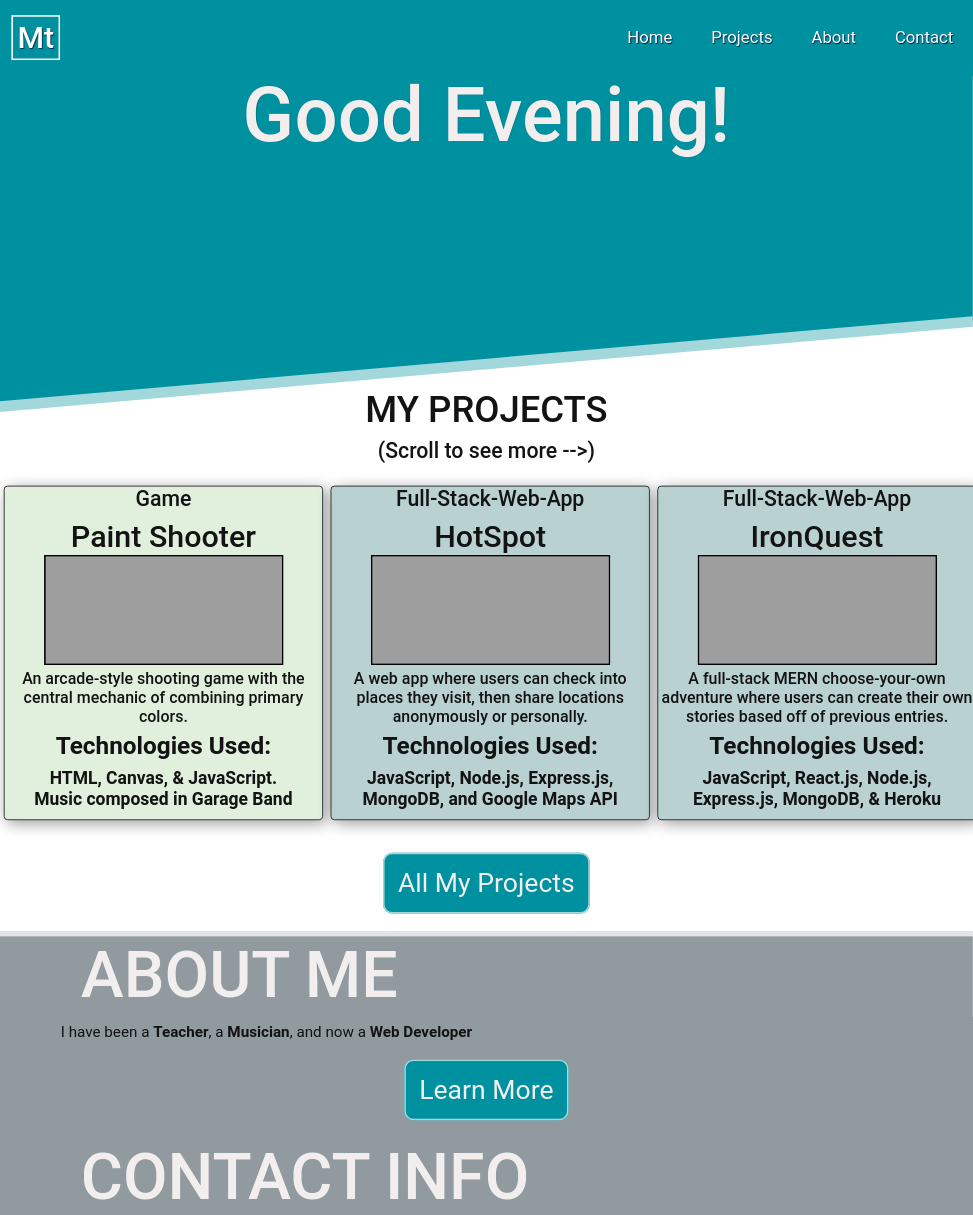
Repository: MikeTroianello/troianello
Page: /
An editor plug-in stored every save of this project. The page is shown before and after the next save, followed by the edit.
The browser window is 1280 px wide. The pictures show the part of the page from y = 0 to 1599 px (the page is 1988 px tall before and 1959 px after), at 76% of full size.
Pictures or frames that could not be fetched are drawn as grey boxes. The project was rebuilt for these pictures with package versions that can differ from the ones it lists, and the page was loaded fresh each time. Also part of the build but not shown: src/components/Greet/Greet.css, src/components/Greet/GreetMobile.css, src/components/locations/Projects.js, src/components/locations/Contact/Contact.css, src/components/locations/Contact/ContactMobile.css, src/components/locations/Contact/Contact.js, src/components/locations/NotFound.js.

Above is the page before, as saved 2019-08-29 15:52:57.

### public/index.html
<!DOCTYPE html>
<html lang="en">
  <head>
    <meta charset="utf-8" />
    <link rel="shortcut icon" href="%PUBLIC_URL%/favicon.ico" />
    <meta name="viewport" content="width=device-width, initial-scale=1" />
    <meta name="theme-color" content="#000000" />
    <!--
      manifest.json provides metadata used when your web app is installed on a
      user's mobile device or desktop. See https://developers.google.com/web/fundamentals/web-app-manifest/
    -->
    <link rel="manifest" href="%PUBLIC_URL%/manifest.json" />
    <!--
      Notice the use of %PUBLIC_URL% in the tags above.
      It will be replaced with the URL of the `public` folder during the build.
      Only files inside the `public` folder can be referenced from the HTML.

      Unlike "/favicon.ico" or "favicon.ico", "%PUBLIC_URL%/favicon.ico" will
      work correctly both with client-side routing and a non-root public URL.
      Learn how to configure a non-root public URL by running `npm run build`.
    -->
    <title>MIKE TROIANELLO</title>
  </head>
  <body>
    <noscript>You need to enable JavaScript to run this app.</noscript>
    <div id="root"></div>
  </body>
</html>

### src/components/locations/Home/Home.js
import React, { Component } from 'react';
import { Link } from 'react-router-dom';
import Greet from '../../Greet/Greet';
import projects from '../../../projects.json';
import ProjectCard from '../../cards/ProjectCard';
import './HomeMobile.css';

export default class Home extends Component {
  render() {
    return (
      <div className='home-bg'>
        <div className='home-top'>
          <Greet />
          {/* <h2 className='home-typewriter-setup home-typewriter-animation'>
            My name is Mike Troianello, and I am a Full Stack Web Developer.
          </h2> */}
        </div>
        <div className='home-fade1' />
        <div className='home-projects'>
          <h1>MY PROJECTS</h1>
          <h3>(Scroll to see more -->)</h3>

          <div className='home-project-box'>
            {projects.map((eachProject, i) => {
              return <ProjectCard key={i} {...eachProject} />;
            })}
          </div>

          <div className='link home-project-button'>
            <Link to='/projects'>All My Projects</Link>
          </div>
        </div>
        <div className='home-fade2' />
        <div className='home-about'>
          <h1>ABOUT ME</h1>
          <p>
            I have been a <strong>Teacher</strong>, a <strong>Musician</strong>,
            and now a <strong>Web Developer</strong>
          </p>
          <div className='link'>
            <Link to='/about'>Learn More</Link>
          </div>
          <h1>CONTACT INFO</h1>
          <div className='link'>
            <Link to='/contact'>My Contact Info</Link>
          </div>
        </div>
      </div>
    );
  }
}

### src/App.css
:root {
  --off-black: #131313;
  --off-white: #f2eeee;
}

.App {
  font-family: 'roboto';
}
@import url('https://fonts.googleapis.com/css?family=Chivo&display=swap');
@import url('https://fonts.googleapis.com/css?family=Roboto&display=swap');
@import url('https://fonts.googleapis.com/css?family=Exo+2:800&display=swap');

/* .App-header {
  background-color: #282c34;
  min-height: 100vh;
  display: flex;
  flex-direction: column;
  justify-content: center;
  font-size: calc(10px + 2vmin);
} */
/* align-items: center; */
/* color: white; */

body {
  padding-top: 47px;
}

div {
  font-size: 20px;
}

p {
  margin-left: 4em;
  color: var(--off-black);
}

/* HOME PAGE */

.home-bg {
  font-size: 12px;
}

.link {
  /* margin-left: 15em; */
  text-align: center;
  margin: 5vh 0;
}

.link a {
  color: var(--off-white);
  background-color: #0091a0;
  border-style: solid;
  border-color: #a2d7dc;
  border-radius: 12px;
  border-width: 2px;
  font-size: 1.75em;
  padding: 0.5em;
  text-decoration: none;
  /* border-radius: 5px; */
}

.link :hover {
  background-color: #46a8ba;
}

.home-top {
  background-color: #0091a0;
  height: 65vh;
  width: 100%;
  transform: skewY(-5deg);
  margin-top: -5vh;
  padding: 0;
}

.home-top h1 {
  text-align: center;
  color: var(--off-white);
  font-size: 5em;
  padding-top: 0.8em;
  margin-bottom: 0;
  padding-bottom: 0;
  transform: skewY(5deg);
  text-shadow: 1px 1px 1px #007783;
}

.home-top h2 {
  text-align: center;
  color: var(--off-white);
  padding-left: 0.6em;
  margin-bottom: 0;
  padding-bottom: 0;
  transform: skewY(5deg);
  text-shadow: 1px 1px 1px #007783;
}

.home-typewriter-setup {
  /* position: relative;
    width: 29em;
    margin: 0 auto;
    text-align: center;
    white-space: nowrap;
    overflow: hidden; */
  position: relative;
  width: 24em;
  margin: 10vh auto;
  border-right: 3px solid rgba(255, 255, 255, 0.75);
  font-size: 180%;
  text-align: center;
  white-space: nowrap;
  overflow: hidden;
}

.home-typewriter-animation {
  animation: typewriter 4s steps(65) 1s 1 normal both,
    blinkTextCursor 1000ms steps(40) infinite normal;
}

@keyframes typewriter {
  from {
    width: 0;
  }
  to {
    width: 29.5em;
  }
}
@keyframes blinkTextCursor {
  from {
    border-right-color: rgba(255, 255, 255, 0.75);
  }
  to {
    border-right-color: transparent;
  }
}

.home-fade1 {
  height: 2vh;
  width: 100%;
  background-color: #a2d7dc;
  transform: skewY(-5deg);
  margin-top: -1vh;
}

/* .link {
  margin-bottom: 2px;
} */

.home-project-box {
  display: flex;
  overflow-x: scroll;
  text-decoration: none;
  justify-content: flex-start;
}

.home-project-button {
}

.home-fade2 {
  height: 1vh;
  width: 100%;
  background-color: #e1e3e5;
  /* margin-top: -1vh; */
}

.home-about {
  height: 105vh;
  /* background: url('./components/images/pics/album-pics/thumbnail-3.jpg')
    no-repeat;
  background-size: 100% auto;*/
  background-position: 0 -30vh;
  /* background-repeat: no-repeat; */
  background-color: #909a9f;
}

.home-about h1 {
  color: var(--off-white);
  font-size: 4.25em;
  margin-left: 1.25em;
}

.home-projects {
  font-size: 2em;
  padding-top: 1em;
}

.home-projects h1 {
  color: var(--off-black);
  font-size: 2em;
  text-align: center;
}

.home-projects h3 {
  color: var(--off-black);
  text-align: center;
}

.home-album-text {
  mix-blend-mode: difference;
}

.home-contact {
  height: 50vh;
}

.home-contact h1 {
  font-size: 4.5em;
  margin-left: 1em;
  color: var(--off-white);
}

/* PROJECTS PAGE */

.projects {
  background-color: #1c7787;
  color: var(--off-white);
  padding-top: 3em;
  overflow: hidden;
  min-height: 97.45vh;
}

.project-box {
  display: flex;
  flex-wrap: wrap;
  justify-content: space-around;
  text-decoration: none;
  /* margin: 1vh 0; */
}

.projects-title {
  text-align: center;
}

.projects-technologies {
  padding: 10vh 0 0 1.33vw;
  background-color: #1c7787;
  border-right: 1.5px solid black;
}

.links {
  display: flex;
  justify-content: flex-end;
  align-items: center;
}

### src/components/Header/Header.css
/* NAVBAR */

/* logo */

.logo {
  color: white;
  padding: 1px 6px;
  font-size: 1.35em;
  font-weight: bold;
  border-style: solid;
  border-color: White;
  border-width: 2px;
  margin: 20px auto 20px 15px;
}

.logo-2 {
  color: white;
  padding: 1px 6px 0;
  font-weight: bold;
  border-style: solid;
  border-color: White;
  border-width: 2px;
  margin: 20px auto 20px 15px;
}

.mt-logo {
  margin: 3px 0;
}

.individual-link {
  margin: 0 2vw;
}

.header {
  background-color: #0091a0;
  /* background-color: #192e6c; */
  overflow: hidden;
  position: fixed;
  top: 0;
  width: 100%;
  height: 100px;
  z-index: 1;
  transition: all 0.5s;
}

.header.transition {
  transition: all 0.5s;
}

.header a {
  text-decoration: none;
  font-family: 'roboto';
  color: white;
  text-shadow: 1px 1px 1px #002145;
  font-size: 1.1em;
}

### src/components/Header/HeaderMobile.css
@media (min-width: 400px) and(max-width: 500px) {
  .individual-link {
    margin: 0 1vw !important;
  }
}

@media (max-width: 393px) {
  .individual-link {
    margin: 0 3.5vw !important;
  }
}

@media (max-width: 362px) {
  .individual-link {
    margin: 0 1.9vw !important;
  }
}

### src/components/locations/Home/HomeMobile.css
@media (max-width: 500px) {
  .home-projects h1 {
    font-size: 1.7em !important;
    text-align: center !important;
  }

  .home-projects h3 {
    font-size: 0.9em !important;
  }

  .home-about h1 {
    font-size: 2em !important;
    text-align: center !important;
    margin: 0 !important;
  }

  .home-top h1 {
    font-size: 3em !important;
    padding-top: 12vh !important;
    margin: 0 !important;
  }
}

### src/components/Greet/Greet4k.css
@media(min-width: 2560px){

.greeting{
  padding-top: 15vh !important;
  font-size: 10em !important;
}

}

### src/components/cards/RainbowDay.js
import React from 'react';

export default function RainbowDay() {
  let today = new Date();
  let day;
  let dayNumber = today.getDay();
  switch (dayNumber) {
    case 0:
      day = 'Sunday';
      break;
    case 1:
      day = 'Monday';
      break;
    case 2:
      day = 'Tuesday';
      break;
    case 3:
      day = 'Wednesday';
      break;
    case 4:
      day = 'Thursday';
      break;
    case 5:
      day = 'Friday';
      break;
    case 6:
      day = 'Saturday';
      break;
    default:
      day = 'Sunday';
      break;
  }

  return (
    <div className={day}>
      <div className='black-bar'>
        <h3 id='day'>Happy {day}!</h3>
      </div>
    </div>
  );
}

### src/components/cards/projectCard.css
/* .project-card {
  border: 1px solid black;
  width: 20vw;
  height: 30vh;
  display: flex;
  justify-content: center;
  pointer-events: none;
} */

.Full-Stack-Web-App {
  background: rgba(178, 204, 204, 0.9);
  text-align: center;
  border: 1px solid black;
  border-radius: 5px;
  /* width: 20vw;
  height: 30vh; */
  width: 420px;
  height: 440px;
  color: var(--off-black);
  justify-content: center;
  margin: 3vh 5px;
  padding: 0;
  box-shadow: 4px 4px 20px rgba(0, 0, 0, 0.4);
}

/* .main-project :hover {
  color: black;
} */

.Game {
  background: rgba(203, 230, 196, 0.59);
  text-align: center;
  border: 1px solid black;
  border-radius: 5px;
  /* width: 20vw;
  height: 30vh; */
  width: 420px;
  height: 440px;
  color: var(--off-black);
  justify-content: center;
  margin: 3vh 5px;
  padding: 0;
  box-shadow: 4px 4px 20px rgba(0, 0, 0, 0.4);
}

/* .game :hover{

} */

.Codepen {
  background: rgba(232, 247, 228, 0.59);
  text-align: center;
  border: 1px solid black;
  border-radius: 5px;
  /* width: 20vw;
  height: 30vh; */
  width: 420px;
  height: 440px;
  color: var(--off-black);
  justify-content: center;
  margin: 3vh 5px;
  padding: 0;
  box-shadow: 4px 4px 20px rgba(0, 0, 0, 0.4);
}

/* .codepen :hover{

} */

.Proof-of-Concept {
  background: white;
  text-align: center;
  border: 1px solid black;
  border-radius: 5px;
  /* width: 20vw;
  height: 30vh; */
  width: 420px;
  height: 440px;
  color: var(--off-black);
  justify-content: center;
  margin: 3vh 5px;
  padding: 0;
}

/* .proof-of-concept :hover{

} */

.project-card-link {
  text-decoration: none !important;
  border: none;
}

.project-card-link :hover {
  background: rgba(136, 159, 159, 0.9);
}

.project-card-h1 {
  pointer-events: none;
}

.project-card-category {
  pointer-events: none;
}

.project-card-image {
  pointer-events: none;
  border: 2px solid black;
  width: 315px;
  height: 145px;
  background-color: gray;
}

.project-card-description {
  pointer-events: none;
  pointer-events: none;
  margin: 6px 0;
  font-size: 21px;
}

.project-card-list {
  pointer-events: none;
  font-size: 32px;
  font-weight: bold;
}

.project-cart-technologies {
  pointer-events: none;
  text-align: center;
  font-size: 23px;
  margin: 10px;
  padding: 0px 19px;
}

/* FOR RAINBOW DAY ONLY */

.project-card-image-rainbow {
  pointer-events: none;
  border: 2px solid black;
  width: 315px;
  height: 135px;
  background-color: white;
  margin: 0px auto;
}

.color-bar {
  /* TUESDAY */
  width: 63.5%;

  /* WEDNESDAY */
  /* width: 75.6%; */

  /* THURSDAY */
  /* width: 67%; */

  /* FRIDAY */
  /* width: 54%; */

  /* SATURDAY */
  /* width: 65%; */

  /* SUNDAY */
  /* width: 59%; */

  margin: 14% auto;
  background: linear-gradient(
    to right,
    red,
    orange,
    #fde541,
    green,
    blue,
    indigo,
    violet
  );
  -webkit-background-clip: text;
}

.black-bar {
  pointer-events: none;
  background: black;
  -webkit-background-clip: text;
  animation: loading 15s infinite;
}

#day {
  pointer-events: none;
  white-space: nowrap;
  position: static;
  color: transparent;
}

@keyframes loading {
  from {
    left: 0;
    width: 100%;
  }
  2% {
    left: 0;
    width: 100%;
  }
  6% {
    left: 0;
    width: 0;
  }
  22% {
    left: 0;
    width: 0;
  }
  24% {
    left: 0;
    width: 100%;
  }
  100% {
    left: 0;
    width: 100%;
  }
}

/* END OF RAINBOW DAY */

/* FOR CANVAS BUBBLES ONLY */

.project-card-image-bubbles {
  pointer-events: none;
  border: 2px solid black;
  width: 315px;
  height: 135px;
  background-color: white;
  margin: 0px auto;
}

/* EACH DAY RAINBOW */

.Monday {
  width: 54%;
  margin: 14% auto;
  background: linear-gradient(
    to right,
    red,
    orange,
    #fde541,
    green,
    blue,
    indigo,
    violet
  );
  -webkit-background-clip: text;
}

.Tuesday {
  width: 63.5%;
  margin: 14% auto;
  background: linear-gradient(
    to right,
    red,
    orange,
    #fde541,
    green,
    blue,
    indigo,
    violet
  );
  -webkit-background-clip: text;
}

.Wednesday {
  width: 75.6%;
  margin: 14% auto;
  background: linear-gradient(
    to right,
    red,
    orange,
    #fde541,
    green,
    blue,
    indigo,
    violet
  );
  -webkit-background-clip: text;
}

.Thursday {
  width: 67%;
  margin: 14% auto;
  background: linear-gradient(
    to right,
    red,
    orange,
    #fde541,
    green,
    blue,
    indigo,
    violet
  );
  -webkit-background-clip: text;
}

.Friday {
  width: 54%;

  margin: 14% auto;
  background: linear-gradient(
    to right,
    red,
    orange,
    #fde541,
    green,
    blue,
    indigo,
    violet
  );
  -webkit-background-clip: text;
}

.Saturday {
  width: 65%;
  margin: 14% auto;
  background: linear-gradient(
    to right,
    red,
    orange,
    #fde541,
    green,
    blue,
    indigo,
    violet
  );
  -webkit-background-clip: text;
}

.Sunday {
  width: 59%;
  margin: 14% auto;
  background: linear-gradient(
    to right,
    red,
    orange,
    #fde541,
    green,
    blue,
    indigo,
    violet
  );
  -webkit-background-clip: text;
}

### src/components/cards/projectCardMobile.css
/* .project-card {
  border: 1px solid black;
  width: 20vw;
  height: 30vh;
  display: flex;
  justify-content: center;
  pointer-events: none;
} */

@media (max-width: 424px) {
  .Full-Stack-Web-App {
    width: 97%;
    height: 440px;
  }

  .Game {
    width: 97%;
    height: 440px;
  }

  .Codepen {
    width: 97%;
    height: 440px;
  }

  .Proof-of-Concept {
    width: 97%;
    height: 440px;
  }

  /* .proof-of-concept :hover{

} */

  .project-card-link {
    text-decoration: none !important;
    border: none;
  }

  .project-card-link :hover {
    background: rgba(136, 159, 159, 0.9);
  }

  .project-card-h1 {
    pointer-events: none;
  }

  .project-card-category {
    pointer-events: none;
  }

  .project-card-image {
    width: 300px;
    height: 145px;
    margin-left: 1px;
  }

  .project-card-description {
    pointer-events: none;
    pointer-events: none;
    margin: 6px 0;
    font-size: 16px;
  }

  .project-card-list {
    pointer-events: none;
    font-size: 18px;
    font-weight: bold;
  }

  .project-cart-technologies {
    pointer-events: none;
    text-align: center;
    font-size: 18px;
    margin: 10px;
    padding: 0px 19px;
  }

  /* FOR RAINBOW DAY ONLY */

  .project-card-image-rainbow {
    pointer-events: none;
    border: 2px solid black;
    width: 300px;
    height: 135px;
    background-color: white;
    margin: 0 auto;
  }

  .color-bar {
    /* TUESDAY MOBILE */
    width: 66%;

    /* WEDNESDAY MOBILE*/
    /* width: 75.6%; */

    /* THURSDAY MOBILE*/
    /* width: 67%; */

    /* FRIDAY MOBILE*/
    /* width: 57%; */

    /* SATURDAY MOBILE */
    /* width: 69%; */

    /* SUNDAY MOBILE */
    /* width: 62%; */

    margin: 15% auto;
    background: linear-gradient(
      to right,
      red,
      orange,
      #fde541,
      green,
      blue,
      indigo,
      violet
    );
    -webkit-background-clip: text;
  }

  .black-bar {
    pointer-events: none;
    background: black;
    -webkit-background-clip: text;
    animation: loading 15s infinite;
  }

  #day {
    pointer-events: none;
    white-space: nowrap;
    position: static;
    color: transparent;
  }

  @keyframes loading {
    from {
      left: 0;
      width: 100%;
    }
    2% {
      left: 0;
      width: 100%;
    }
    6% {
      left: 0;
      width: 0;
    }
    22% {
      left: 0;
      width: 0;
    }
    24% {
      left: 0;
      width: 100%;
    }
    100% {
      left: 0;
      width: 100%;
    }
  }

  /* END OF RAINBOW DAY */

  /* FOR CANVAS BUBBLES ONLY */

  .project-card-image-bubbles {
    pointer-events: none;
    border: 2px solid black;
    width: 300px;
    height: 135px;
    background-color: white;
    margin: 0 auto;
  }

  /* EACH DAY CSS */

  /* EACH DAY RAINBOW */

  .Monday {
    width: 57%;
    margin: 15% auto;
    background: linear-gradient(
      to right,
      red,
      orange,
      #fde541,
      green,
      blue,
      indigo,
      violet
    );
    -webkit-background-clip: text;
  }

  .Tuesday {
    width: 66%;
    margin: 15% auto;
    background: linear-gradient(
      to right,
      red,
      orange,
      #fde541,
      green,
      blue,
      indigo,
      violet
    );
    -webkit-background-clip: text;
  }

  .Wednesday {
    width: 79.6%;
    margin: 15% auto;
    background: linear-gradient(
      to right,
      red,
      orange,
      #fde541,
      green,
      blue,
      indigo,
      violet
    );
    -webkit-background-clip: text;
  }

  .Thursday {
    width: 67%;
    margin: 15% auto;
    background: linear-gradient(
      to right,
      red,
      orange,
      #fde541,
      green,
      blue,
      indigo,
      violet
    );
    -webkit-background-clip: text;
  }

  .Friday {
    width: 57%;
    margin: 15% auto;
    background: linear-gradient(
      to right,
      red,
      orange,
      #fde541,
      green,
      blue,
      indigo,
      violet
    );
    -webkit-background-clip: text;
  }

  .Saturday {
    width: 69%;
    margin: 15% auto;
    background: linear-gradient(
      to right,
      red,
      orange,
      #fde541,
      green,
      blue,
      indigo,
      violet
    );
    -webkit-background-clip: text;
  }

  .Sunday {
    width: 62%;
    margin: 15% auto;
    background: linear-gradient(
      to right,
      red,
      orange,
      #fde541,
      green,
      blue,
      indigo,
      violet
    );
    -webkit-background-clip: text;
  }
}

### src/components/locations/About/About.css
.about {
  /* background-color: #0091a0; */
  background-color: #1c7787;
  color: var(--off-white);
  /* height: 92.9vh; */
  /* height: 125vh; */
  overflow: hidden;
  /* margin-top: 1em; */
  padding-top: 3em;
  text-align: center;
  min-height: 93.5vh;
}

.about p {
  color: var(--off-white);
}

/* .about h4 {
  text-align: center;
} */

.about ul > li {
  list-style: none;
  font-size: 1em;
  /* text-align: center; */
}

/* SKILLS TABLE */

#table-div {
  display: flex;
  justify-content: center;
}

.about-skills-table {
  display: flex;
  flex-wrap: wrap;
  justify-content: center;
  margin-left: 1.8vw;
}

.about-skills-individual {
  border: 2px solid black;
  font-size: 1em;
  width: 167px;
}

.about-skills-name {
  margin-right: 0.5vw;
}

/* ICONS */

.icons {
  margin: 2vh 0.5vw 3.1vh;
}

.mongo {
  height: 63px;
  width: 79px;
  margin: -6px -20px 0;
  padding: 0;
}

.mongo-text {
  padding-top: 12px;
}

/* ABOUT PAGE */

.about-side-one {
  /* padding-right: 3.1vw; */
  padding-bottom: 5vh;
  border-right: 1px solid black;
  /* height: 75vh; */
}

.about-side-one p {
  margin-right: 3.1vw;
}

.about-side-2 {
  margin-left: -2vw;
}

.about-my-life {
  margin: 4.25vh 0 5vh;
}

.about-soundcloud-embed {
  margin-left: 4.3vw;
}

.react {
  animation-name: spin;
  animation-duration: 35s;
  animation-iteration-count: infinite;
  animation-timing-function: linear;
}

@keyframes spin {
  from {
    transform: rotate(0deg);
  }
  to {
    transform: rotate(360deg);
  }
}

### src/components/locations/About/AboutMobile.css
@media (max-width: 425px) {
  .about {
    /* height: 92.9vh; */
    /* height: 125vh; */
    overflow: hidden;
    /* margin-top: 1em; */
    padding-top: 3em;
    text-align: center;
    min-height: 93.5vh;
  }

  .about p {
    color: var(--off-white);
    color: var(--off-white);
    margin: 0 !important;
    padding: 1% 2% !important;
  }

  /* .about h4 {
    text-align: center;
  } */

  .about ul > li {
    list-style: none;
    font-size: 1em;
    /* text-align: center; */
  }

  /* SKILLS TABLE */

  #table-div {
    display: flex;
    justify-content: center;
  }

  .about-skills-table {
    display: flex;
    flex-wrap: wrap;
    justify-content: center;
    margin-left: 1.8vw;
  }

  .about-skills-individual {
    border: 2px solid black;
    font-size: 1em;
    width: 167px;
  }

  .about-skills-name {
    margin-right: 0.5vw;
  }

  /* ICONS */

  .icons {
    margin: 2vh 0.5vw 3.1vh;
  }

  .mongo {
    height: 63px;
    width: 79px;
    margin: -6px -20px 0;
    padding: 0;
  }

  .mongo-text {
    padding-top: 12px;
  }

  /* ABOUT PAGE */

  .about-side-one {
    /* padding-right: 3.1vw; */
    padding-bottom: 5vh;
    border-right: 1px solid black;
    /* height: 75vh; */
  }

  .about-side-one p {
    margin-right: 3.1vw;
  }

  .about-side-2 {
    margin-left: -2vw;
  }

  .about-my-life {
    margin: 4.25vh 0 5vh;
  }

  .about-soundcloud-embed {
    margin-left: 4.3vw;
  }
}

Loaded but not shown: src/index.js (common file); src/index.css (common file); src/serviceWorker.js (common file); src/projects.json (74 lines, source omitted); src/components/locations/About/About.js (136 lines, source omitted); src/components/cards/CanvasBubbles.js (122 lines, source omitted); src/App.js (69 lines, source omitted); src/components/cards/ProjectCard.js (68 lines, source omitted); src/components/Header/Header.js (37 lines, source omitted); src/components/Greet/Greet.js (37 lines, source omitted)

After the next save:
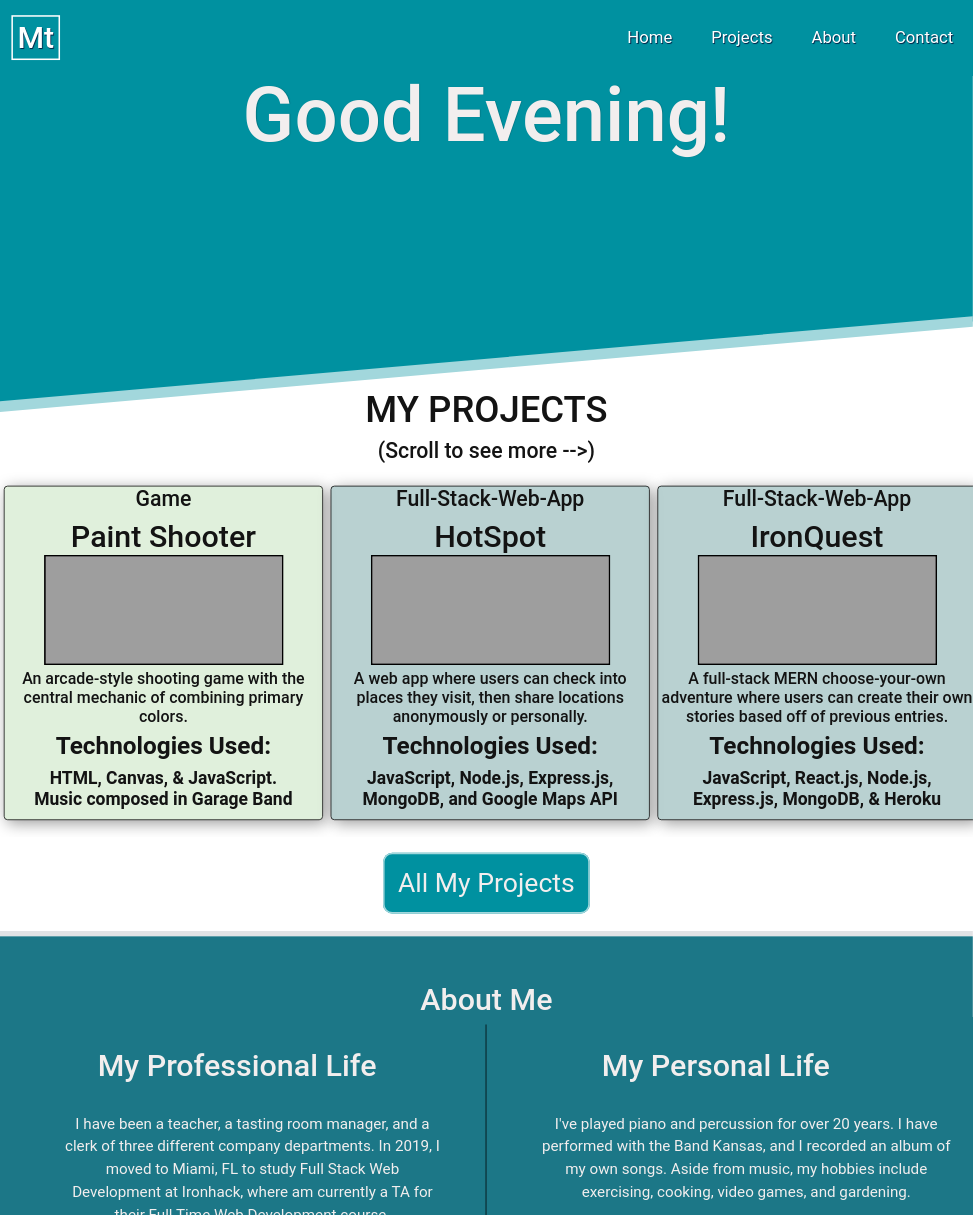
Saved 2 min 52 s later.
--- a/src/components/locations/Home/Home.js
+++ b/src/components/locations/Home/Home.js
@@ -3,6 +3,7 @@ import { Link } from 'react-router-dom';
 import Greet from '../../Greet/Greet';
 import projects from '../../../projects.json';
 import ProjectCard from '../../cards/ProjectCard';
+import About from '../About/About';
 import './HomeMobile.css';
 
 export default class Home extends Component {
@@ -31,7 +32,7 @@ export default class Home extends Component {
           </div>
         </div>
         <div className='home-fade2' />
-        <div className='home-about'>
+        {/* <div className='home-about'>
           <h1>ABOUT ME</h1>
           <p>
             I have been a <strong>Teacher</strong>, a <strong>Musician</strong>,
@@ -44,7 +45,8 @@ export default class Home extends Component {
           <div className='link'>
             <Link to='/contact'>My Contact Info</Link>
           </div>
-        </div>
+        </div> */}
+        <About />
       </div>
     );
   }
